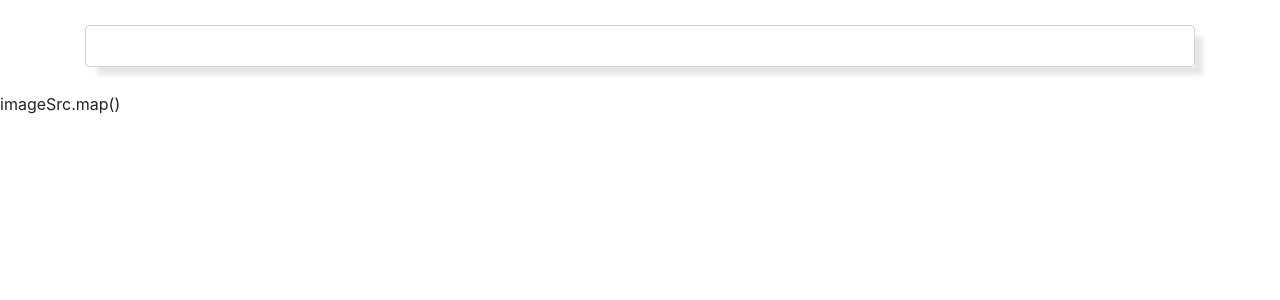
Repository: lamilekan263/photoapp
Page: /
The author's editor kept a copy of each file at every save. The page is drawn from the files as they stood at one save, then again after the next save.
The browser window is 1280 px wide. The pictures show the whole page.
The project was rebuilt for these pictures with package versions that can differ from the ones it lists, and the page was loaded fresh each time. Also part of the build but not shown: src/components/images/images.js.

Above is the page before, as saved 2020-08-26 11:04:51.

### public/index.html
<!DOCTYPE html>
<html lang="en">
  <head>
    <meta charset="utf-8" />
    <link rel="icon" href="%PUBLIC_URL%/favicon.ico" />
    <meta name="viewport" content="width=device-width, initial-scale=1" />
    <meta name="theme-color" content="#000000" />
    <meta
      name="description"
      content="Web site created using create-react-app"
    />

    <title>photo App</title>
  </head>
  <body>
    <noscript>You need to enable JavaScript to run this app.</noscript>
    <div id="root"></div>
  </body>
</html>

### src/index.js
import React from 'react';
import  ReactDOM from 'react-dom';
import 'bootstrap/dist/css/bootstrap.min.css';
import App from './App'


ReactDOM.render(
    <App/>,
    document.getElementById('root')
);

### src/App.js
import React from 'react';
import axios from 'axios'


import ImageList from './components/imageList/imageList'
import SearchBar from './components/searchBar/searchBar'

class App extends React.Component{
    state = {
        myImages : []
    }

    submitHandler = async (term) =>{
        const response = await axios.get('https://api.unsplash.com/search/photos', {
            params:{
                query: term
            },
            headers:{
                Authorization: 'Client-ID _EmXfMw4Ntd6F7SPo61DuogZ6sF5nsEsRHfLanqGI0M'
            }
        })
        this.setState({myImages : response.data.results})
        console.log(this.state.myImages)
    }
    render(){
        return(
           <React.Fragment>
                <SearchBar onSubmit = {this.submitHandler}/>

                <ImageList imageSrc ={this.state.myImages} />
           </React.Fragment>
        )
    }
}



export default App

### src/components/imageList/imageList.js
import React from 'react';
import images from '../images/images'

const imageList = ({ imageSrc }) =>{

    return(
        <div>
            imageSrc.map()
        </div>
    )
}

export default imageList

### src/components/searchBar/searchBar.js
import React from 'react'

import './searchBar.scss'

class SearchBar extends React.Component{
    state = {
        searchTerm : ''
    }

    onChangeHandler = (e) =>{
        this.setState({ searchTerm : e.target.value})
    }
    onSubmitHandler = (e)=>{
        e.preventDefault()
        this.props.onSubmit(this.state.searchTerm)
        this.setState({searchTerm : ''})
    }
    render(){
        return(
            <div className="container">
                <form onSubmit = {this.onSubmitHandler  }>
                    <div className="form-group">
                        <input type="text"
                        className="form-control"
                        onChange ={ this.onChangeHandler }
                        value = {this.state.searchTerm}
                        />
                    </div>
                </form>
            </div>
        )
    }

}

export default SearchBar

### src/components/searchBar/searchBar.scss
form{
    margin:25px 0;
    -webkit-box-shadow: 10px 10px 5px -2px rgba(230,230,230,1);
    -moz-box-shadow: 10px 10px 5px -2px rgba(230,230,230,1);
    box-shadow: 10px 10px 5px -2px rgba(230,230,230,1);
    .form-group{
        input{
            padding:20px;
            width: 100%;

        }
    }
}

After the next save:
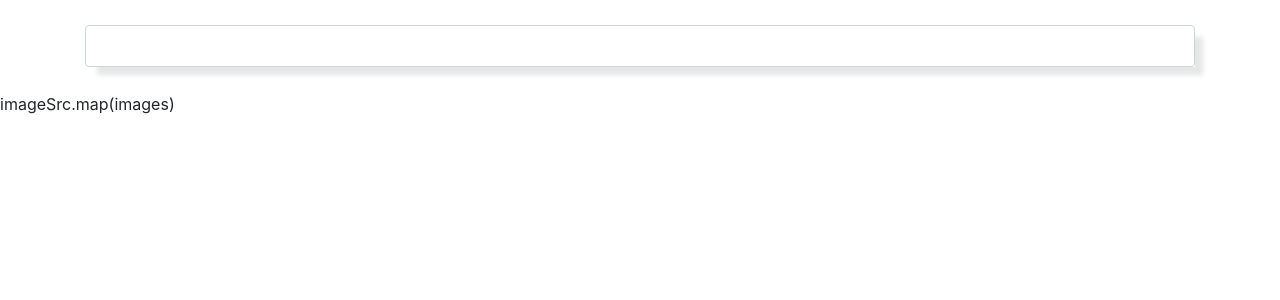
Saved 6 s later.
--- a/src/components/imageList/imageList.js
+++ b/src/components/imageList/imageList.js
@@ -5,7 +5,7 @@ const imageList = ({ imageSrc }) =>{
 
     return(
         <div>
-            imageSrc.map()
+            imageSrc.map(images)
         </div>
     )
 }
